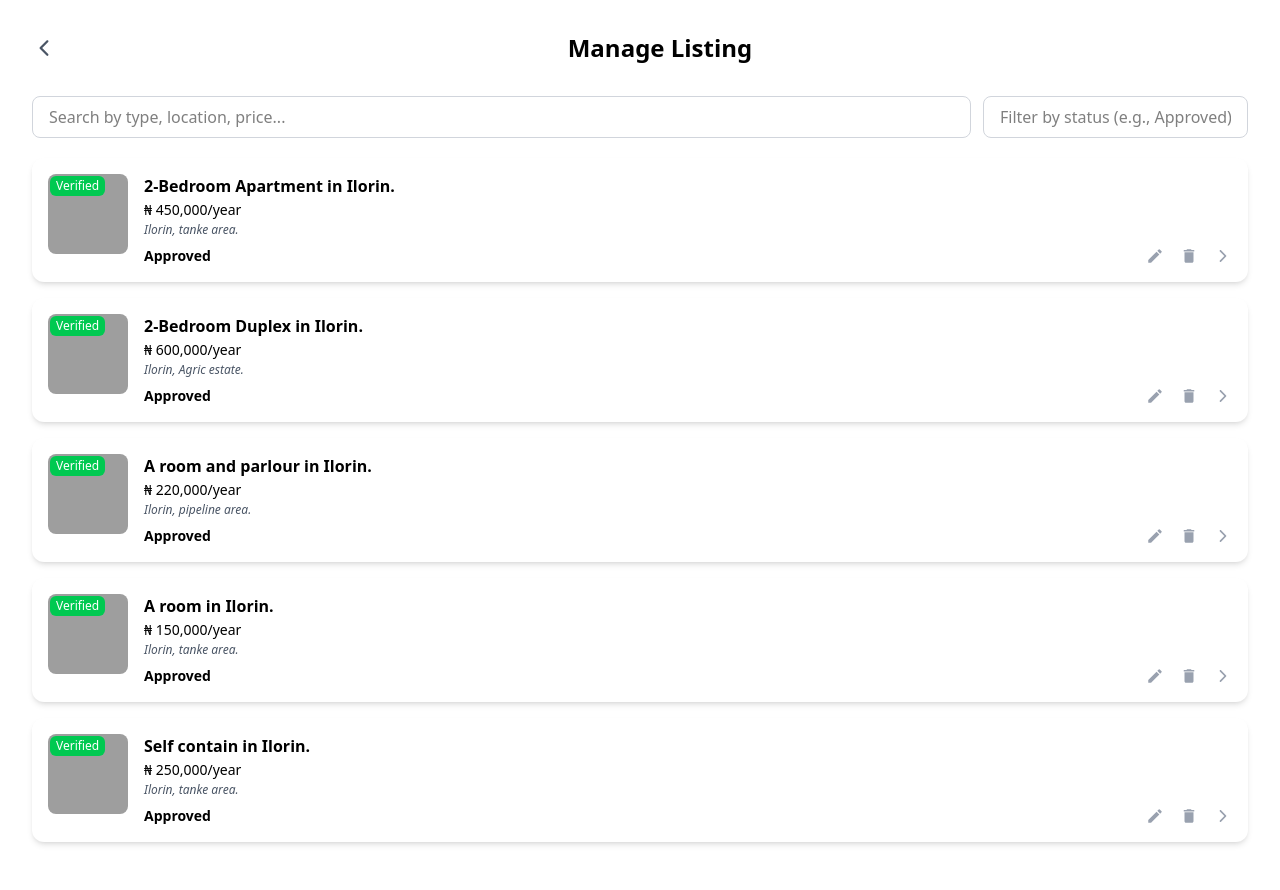
Repository: Em-driod/spotify-clone
Page: /Manage
An editor plug-in stored every save of this project. The page is shown before and after the next save, followed by the edit.
The browser window is 1280 px wide. The pictures show the whole page.
Pictures or frames that could not be fetched are drawn as grey boxes. The project was rebuilt for these pictures with package versions that can differ from the ones it lists, and the page was loaded fresh each time. Also part of the build but not shown: vite.config.ts, src/pages/veryify.tsx, src/pages/LandingPage.tsx, src/pages/Back.tsx, src/pages/Change.tsx, src/pages/onboard.tsx, src/pages/Skips.tsx, src/pages/Otp.tsx and 6 more.

Above is the page before, as saved 2025-07-09 17:22:27.

After the next save:
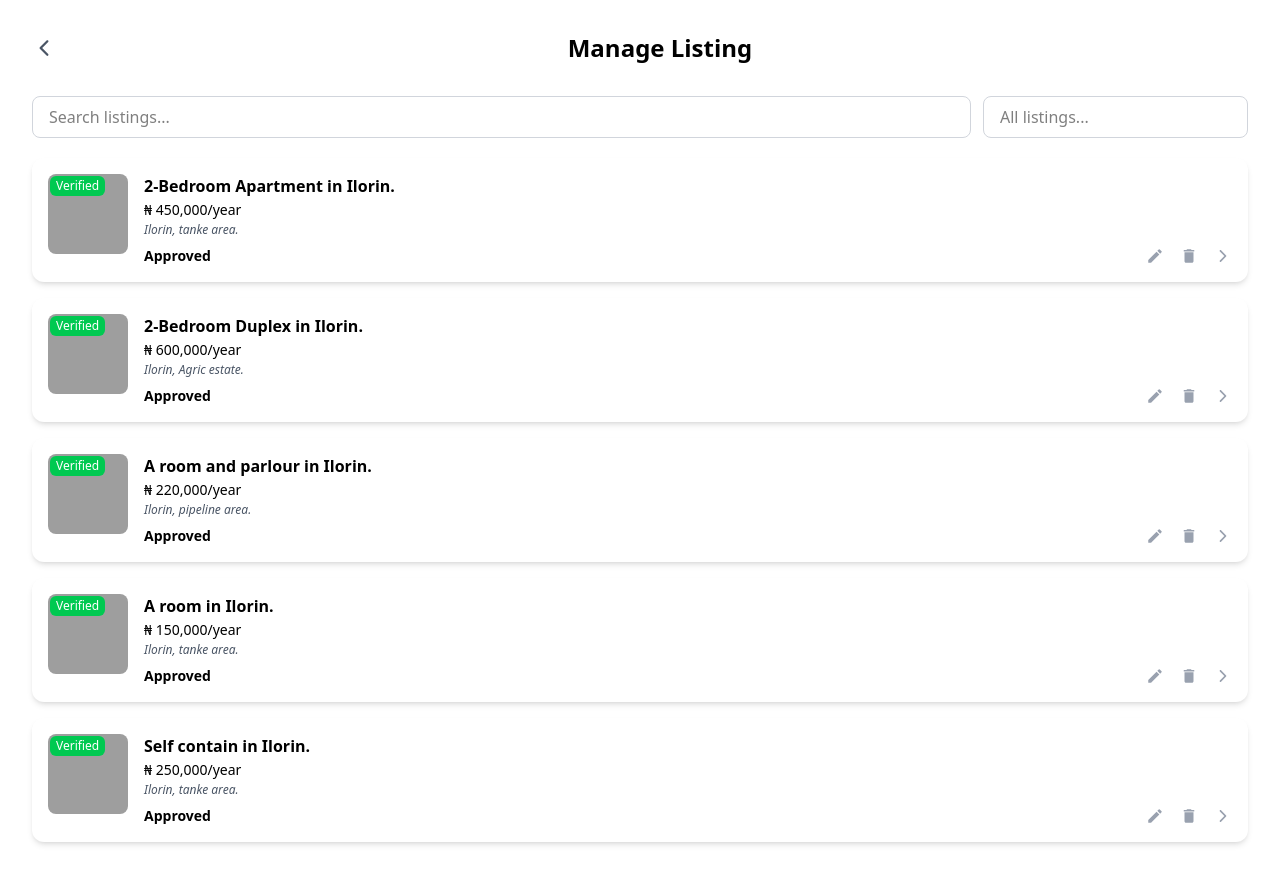
Saved 3 min 8 s later.
--- a/src/pages/Manage.tsx
+++ b/src/pages/Manage.tsx
@@ -104,7 +104,7 @@ const Manage: React.FC = () => {
       );
     }
 
-    // Apply status/specific filter
+    // Apply status/specific filter (using the statusFilterQuery, previously 'all listings' related)
     if (statusFilterQuery) {
       const lowerCaseStatusQuery = statusFilterQuery.toLowerCase();
       currentListings = currentListings.filter(
@@ -128,14 +128,14 @@ const Manage: React.FC = () => {
       <div className="flex flex-col md:flex-row gap-3 mb-5">
         <input
           type="text"
-          placeholder="Search by type, location, price..."
+          placeholder="Search listings..." // Changed placeholder back
           className="flex-1 px-4 py-2 rounded-lg border border-gray-300 focus:outline-none focus:ring-2 focus:ring-[#5a1f8e] text-black bg-white text-sm md:text-base"
           value={generalSearchQuery}
           onChange={(e) => setGeneralSearchQuery(e.target.value)}
         />
         <input
           type="text"
-          placeholder="Filter by status (e.g., Approved)..."
+          placeholder="All listings..." // Changed placeholder back
           className="px-4 py-2 rounded-lg border border-gray-300 focus:outline-none focus:ring-2 focus:ring-[#8a2be2] text-black bg-white text-sm md:text-base"
           value={statusFilterQuery}
           onChange={(e) => setStatusFilterQuery(e.target.value)}
